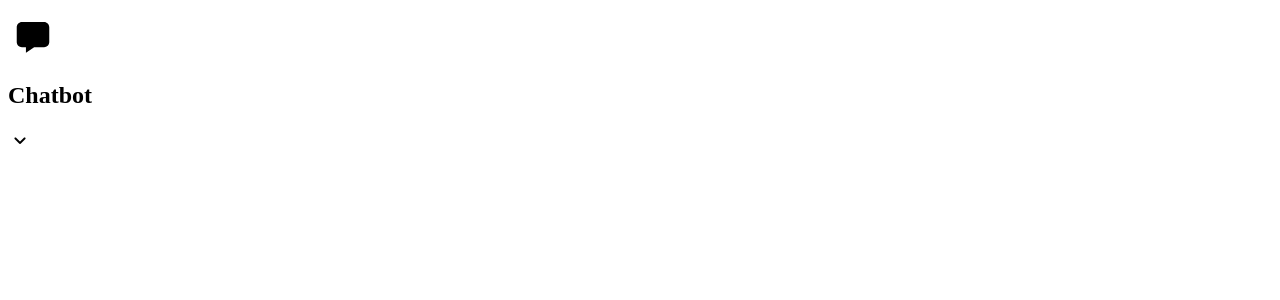
Repository: gogg23/chatbot
Page: / (app in chatbot/)
An editor plug-in stored every save of this project. The page is shown before and after the next save, followed by the edit.
The browser window is 1280 px wide. The pictures show the whole page.
The project was rebuilt for these pictures with package versions that can differ from the ones it lists, and the page was loaded fresh each time. Also part of the build but not shown: chatbot/vite.config.js, chatbot/src/index.css.

Above is the page before, as saved 2024-12-31 11:11:36.

### chatbot/index.html
<!DOCTYPE html>
<html lang="en">
  <head>
    <meta charset="UTF-8" />
    <link rel="icon" type="image/svg+xml" href="/vite.svg" />
    <meta name="viewport" content="width=device-width, initial-scale=1.0" />
    <title>Chatbot in ReactJS</title>
    <!--Linking google Fonts for Icons-->
    <link
      rel="stylesheet"
      href="https://fonts.googleapis.com/css2?family=Material+Symbols+Rounded:opsz,wght,FILL,
      GRAD@24,400,0,0"
    />
  </head>
  <body>
    <div id="root"></div>
    <script type="module" src="/src/main.jsx"></script>
  </body>
</html>

### chatbot/src/App.jsx
import ChatbotIcon from './components/ChatbotIcon';

const App = () => {
  return (
    <div className='container'>
      <div className='chatbot-popup'>
        <div className='chat-header'>
          <div className='header-info'>
            <ChatbotIcon />
            <h2 className='logo-text'>Chatbot</h2>
          </div>
          <span className='material-symbols-rounded'>keyboard_arrow_down</span>
        </div>
      </div>
    </div>
  );
};

export default App;

### chatbot/src/components/ChatbotIcon.jsx
const ChatbotIcon = () => {
  return (
    <svg
      xmlns='http://www.w3.org/2000/svg'
      width='50'
      height='50'
      viewBox='0 0 1024 1024'
    >
      <path
        d='M738.3 287.6H285.7c-59 0-106.8
      47.8-106.8 106.8v303.1c0 59 47.8 106.8 106.8 106.8h81.5v111.1c0
      .7.8 1.1 1.4.7l166.9-110.6 41.8-.8h117.4l43.6-.4c59
      0 106.8-47.8 106.8-106.8V394.5c0-59-47.8-106.9-106.8-106.9zM351
      .7 448.2c0-29.5 23.9-53.5 53.5-53.5s53.5 23.9 53.5 53.5-23.9
      53.5-53.5 53.5-53.5-23.9-53.5-53.5zm157.9 267.1c-67.8 0-123.8-47
      .5-132.3-109h264.6c-8.6 61.5-64.5 109-132.3 109zm110-213.7c-29.5
      0-53.5-23.9-53.5-53.5s23.9-53.5 53.5-53.5 53.5 23.9 53.5 53.5-23.9
      53.5-53.5 53.5zM867.2 644.5V453.1h26.5c19.4 0 35.1 15.7 35.1 35.1v121.1c0
      19.4-15.7 35.1-35.1 35.1h-26.5zM95.2 609.4V488.2c0-19.4 15.7-35.1
      35.1-35.1h26.5v191.3h-26.5c-19.4 0-35.1-15.7-35.1-35.1zM561.5 149.6c0 23.4-15.6
      43.3-36.9 49.7v44.9h-30v-44.9c-21.4-6.5-36.9-26.3-36.9-49.7 0-28.6 23.3-51.9 51.9-51.9s51.9
      23.3 51.9 51.9z'
      />
    </svg>
  );
};

export default ChatbotIcon;

Loaded but not shown: chatbot/src/main.jsx (common file)

After the next save:
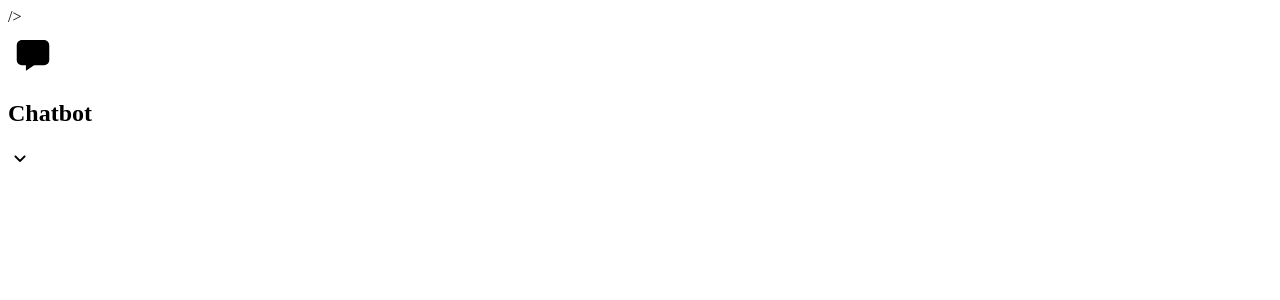
Saved 8 min 41 s later.
--- a/chatbot/index.html
+++ b/chatbot/index.html
@@ -8,8 +8,11 @@
     <!--Linking google Fonts for Icons-->
     <link
       rel="stylesheet"
-      href="https://fonts.googleapis.com/css2?family=Material+Symbols+Rounded:opsz,wght,FILL,
-      GRAD@24,400,0,0"
+      <link
+      href="https://fonts.googleapis.com/css2?family=Material+Symbols+Rounded"
+      rel="stylesheet"
+    />
+
     />
   </head>
   <body>

After the save that followed:
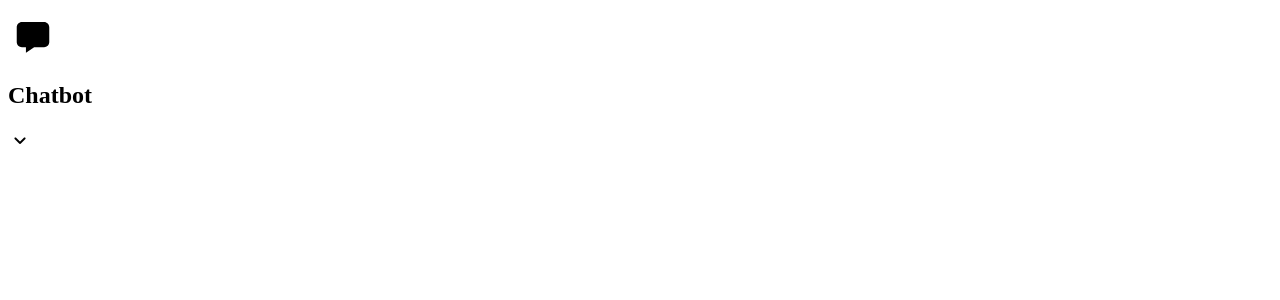
Saved 68 s later.
--- a/chatbot/index.html
+++ b/chatbot/index.html
@@ -8,11 +8,8 @@
     <!--Linking google Fonts for Icons-->
     <link
       rel="stylesheet"
-      <link
-      href="https://fonts.googleapis.com/css2?family=Material+Symbols+Rounded"
-      rel="stylesheet"
-    />
-
+      href="https://fonts.googleapis.com/css2?family=Material+Symbols+Rounded:opsz,wght,FILL,
+      GRAD@24,400,0,0"
     />
   </head>
   <body>
